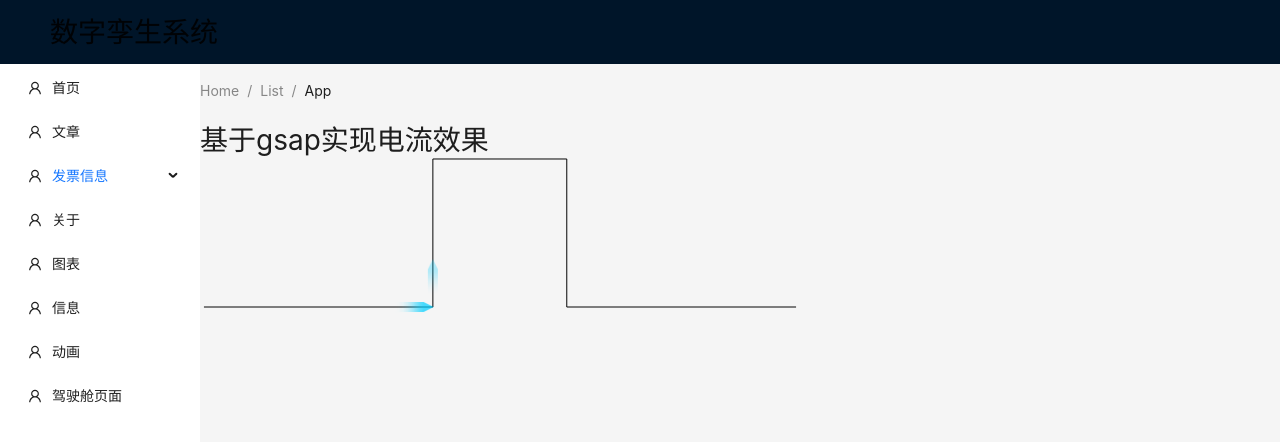
Repository: HailiePan/webpack-react-practice
Page: /animation
These files come from the project's save history. The page is drawn as it stood at one moment and after the next save; the edit follows.
The browser window is 1280 px wide. The pictures show the whole page.
The project was rebuilt for these pictures with package versions that can differ from the ones it lists, and the page was loaded fresh each time. Also part of the build but not shown: src/pages/Animation/component/ScrollAnimation/index.jsx, src/pages/Home.jsx, src/pages/Invoices/index.jsx, src/pages/Invoices/Invoice.jsx, src/pages/Invoices/Pending.jsx, src/pages/Invoices/Complete.jsx, src/components/CommonBox/index.less, src/components/CommonBox/index.jsx and 27 more.

Above is the page before, as saved 2024-01-24 17:20:08.

### index.html
<!--
 * Author  hailie.pan
 * Date  2023-10-08 16:03:03
 * LastEditors  hailie.pan
 * LastEditTime  2023-10-08 16:03:04
 * Description  file content
-->
<!--
 * Author  hailie.pan
 * Date  2023-10-07 17:34:05
 * LastEditors  hailie.pan
 * LastEditTime  2023-10-07 17:34:06
 * Description  file content
-->
<!DOCTYPE html>
<html lang="en">
  <head>
    <meta charset="UTF-8" />
    <meta http-equiv="X-UA-Compatible" content="IE=edge" />
    <meta name="viewport" content="width=device-width, initial-scale=1.0" />
    <title>Document</title>
  </head>
  <body>
    <div id="app"></div>
  </body>
</html>

### src/index.jsx
/*
 * Author  hailie.pan
 * Date  2023-10-07 17:16:58
 * LastEditors  hailie.pan
 * LastEditTime  2023-10-24 17:39:40
 * Description  file content
 */
import React, { StrictMode } from "react";
import * as ReactDOM from "react-dom/client";
import { BrowserRouter, useRoutes } from "react-router-dom";
import { routes } from "@/router";
const App = () => {
  return useRoutes(routes);
};
const root = ReactDOM.createRoot(document.getElementById("app"));
// v18 的新方法
root.render(
  <StrictMode>
    <BrowserRouter>
      <App />
    </BrowserRouter>
  </StrictMode>
);

// BrowserRouter下直接渲染useRoutes,routes里配置好路径对应的组件
// 然后就会显示路径对应的组件
// useRoutes(routes)必须在函数里写着

### src/router/index.js
/*
 * @Author: Hailie.Pan
 * @Date: 2023-11-28 10:30:45
 * @LastEditors: Hailie.Pan
 * @LastEditTime: 2024-01-11 10:41:08
 * @Description:
 */
/*
 * Author  hailie.pan
 * Date  2023-10-13 17:13:27
 * LastEditors  hailie.pan
 * LastEditTime  2023-11-28 10:30:45
 * Description  file content
 */
import React from "react";
import { useRoutes } from "react-router-dom";

import BaseLayout from "@/BaseLayout";

import Home from "@/pages/Home";
import Invoices from "@/pages/Invoices";
import Invoice from "@/pages/Invoices/Invoice";
import Pending from "@/pages/Invoices/Pending";
import Complete from "@/pages/Invoices/Complete";
import About from "@/pages/About";
import Article from "@/pages/Article";
import ControlRoomFirstPage from "@/pages/ControlRoomFirstPage";
import Chart from "@/pages/Chart";
import Info from "@/pages/Info";
import Animation from '@/pages/Animation'

const routes = [
  {
    path: "/",
    element: <BaseLayout />,
    name: "一级场景",
    children: [
      { path: "/home", element: <Home />, name: "首页" },
      { path: "/article", element: <Article />, name: "文章" },
      {
        // path: "/invoices",
        // element: <Invoices />,
        name: "发票信息",
        children: [
          {
            path: "/invoices/invoicesDetail/:id",
            element: <Invoice />,
            name: "发票1详情",
          },
          {
            path: "/invoices/pending",
            element: <Pending />,
            name: "发票2详情",
          },
          {
            path: "/invoices/complete",
            element: <Complete />,
            name: "发票3详情",
          },
        ],
      },

      {
        path: "/about",
        element: <About />,
        name: "关于",
      },
      {
        path: "/chart",
        element: <Chart />,
        name: "图表",
      },
      {
        path: "/info",
        element: <Info />,
        name: "信息",
      },
      {
        path: "/animation",
        element: <Animation />,
        name: "动画",
      },
    ],
  },
  {
    path: "/controlRoomFirstPage",
    element: <ControlRoomFirstPage />,
    name: "驾驶舱页面",
  },
];

export { routes };

### src/BaseLayout/index.jsx
/*
 * Author  hailie.pan
 * Date  2023-10-13 17:28:32
 * LastEditors  hailie.pan
 * LastEditTime  2023-12-04 10:37:50
 * Description  file content
 */

import React, {useEffect, useCallback, useState, useMemo } from 'react';
import { LaptopOutlined, NotificationOutlined, UserOutlined } from '@ant-design/icons';
import { Breadcrumb, Layout, Menu, theme } from 'antd';
import { Link, NavLink, useRoutes, Navigate, Outlet } from 'react-router-dom';
import { gsap } from "gsap";
import { ScrollTrigger } from 'gsap/ScrollTrigger.js'
import { routes } from '@/router';
import StateContext from './data.js';
import styles from './index.less';
import ScrollAnimation from '@/pages/Animation/component/ScrollAnimation'
const { Header, Content, Sider } = Layout;

export default function BaseLayout() {
  // console.log("routes", routes);
  const [selectedMenuKeys, setSelectedMenuKeys] = useState([]);

  // useMemo缓存菜单的计算方法，避免每次刷新时都计算一遍
  // 这个菜单的算法还是不太优美，不好维护
  let showMenu = useMemo(
    () =>
      routes
        .map((item, index) => {
          if (item.children) {
            const arr2 = item.children.map((c, cIndex) => {
              return {
                key: cIndex,
                icon: React.createElement(UserOutlined),
                name: c.name,
                label: (
                  <NavLink to={c.path} state={'From App'}>
                    {c.name}
                  </NavLink>
                ),
                children: c?.children?.map((t, tIndex) => ({
                  key: `${cIndex}-${tIndex}`,
                  icon: React.createElement(UserOutlined),
                  name: t.name,
                  label: <NavLink to={t.path}>{t.name}</NavLink>
                }))
              };
            });
            return arr2;
          } else {
            return {
              key: 'dandu' + index,
              icon: React.createElement(UserOutlined),
              name: item.name,
              label: (
                <NavLink to={item.path} state={'From App'}>
                  {item.name}
                </NavLink>
              )
            };
          }
        })
        .flat(), // arr2是个数组，放到showMenu数组里需要拉平
    []
  );
  showMenu.flat();
  // console.log("showMenu", showMenu);

  const menuArr = [
    {
      key: 0,
      icon: React.createElement(UserOutlined),
      label: (
        <NavLink to="/home" state={'From App'}>
          首页
        </NavLink>
      )
    },

    {
      key: 1,
      icon: React.createElement(LaptopOutlined),
      label: <NavLink to="invoices">发票信息</NavLink>,
      children: [
        {
          key: '1-0',
          label: <NavLink to="/invoices/invoicesDetail/1?a=a&b=b">发票1详情页</NavLink>
        },
        {
          key: '1-1',
          label: <NavLink to="/invoices/pending?fromPage=菜单点击">发票2详情页</NavLink>
        },
        {
          key: '1-2',
          label: (
            <NavLink to="/invoices/complete" state={'左侧菜单点击'}>
              发票3详情页
            </NavLink>
          )
        }
      ]
    },
    {
      key: 2,
      icon: React.createElement(NotificationOutlined),
      label: <NavLink to="about">关于</NavLink>
    },
    {
      key: 3,
      icon: React.createElement(NotificationOutlined),
      label: <NavLink to="controlRoomFirstPage">驾驶舱页面</NavLink>
    },
    {
      key: 4,
      icon: React.createElement(LaptopOutlined),
      label: <NavLink to="article">文章</NavLink>
    }
  ];

  const onSelectMenu = ({ item, key, keyPath, selectedKeys, domEvent }) => {
    setSelectedMenuKeys([key]);
  };

  const [state, setState] = useState('playing');

  // useEffect(()=>{
  //   gsap.registerPlugin(ScrollTrigger)
  //     // 绿色方块
  //     gsap.to("#ewrwer", {
  //       rotation: 900,
  //       x:400,
  //       duration: 1,
  //       scrollTrigger: {
  //         trigger: '#ewrwer', // 动画的元素
  //         scroller: document.getElementById('21321'), // 滚动的元素
  //         scrub: 2,
  //         markers: true,
  //       },

  //     });
  // },[])

  return (
    <Layout className={styles.layoutWrap}>
{/*
      <div className={styles.box} id='21321'>
        <div className={styles.green} id='ewrwer'></div>
        <div style={{height:'1000px'}} />
      </div> */}

      {/* <ScrollAnimation /> */}


      <Header className={styles.header}>
        <div className={styles.logo} />

        <h1>数字孪生系统</h1>
      </Header>

      <Layout>
        <Sider className={styles.sider}>
          <Menu
            mode="inline"
            // defaultSelectedKeys={["0"]}
            // defaultOpenKeys={["sub1"]}
            style={{
              height: '100%',
              borderRight: 0
            }}
            items={showMenu}
            selectedKeys={selectedMenuKeys}
            onSelect={onSelectMenu}
          />
        </Sider>

        <Layout className={styles.rightLayout}>
          <Breadcrumb
            style={{
              margin: '16px 0'
            }}
          >
            <Breadcrumb.Item>Home</Breadcrumb.Item>
            <Breadcrumb.Item>List</Breadcrumb.Item>
            <Breadcrumb.Item>App</Breadcrumb.Item>
          </Breadcrumb>

          <StateContext.Provider value={{ state, setState }}>
            <Content className={styles.content} id='content'>
              <Outlet />
            </Content>
          </StateContext.Provider>
        </Layout>
      </Layout>
    </Layout>
  );
}

### src/pages/Animation/index.jsx
/*
 * @Author: Hailie.Pan
 * @Date: 2024-01-11 10:41:16
 * @LastEditors: Hailie.Pan
 * @LastEditTime: 2024-01-24 15:25:22
 * @Description:
 */
import React, { useRef, useEffect, useState } from 'react';
import { gsap } from 'gsap';
import { ScrollTrigger } from 'gsap/ScrollTrigger.js';
import MoveBox from './component/MoveBox';
import MoveOnPath from './component/MoveOnPath';
import CanvasDraw from './component/CanvasDraw';
import TimeLine from './component/TimeLine';
import ScrollAnimation from './component/ScrollAnimation';
import ScrollAnimation2 from './component/ScrollAnimation2';
import ImitateElectricity from './component/ImitateElectricity';
import DraggableCom from './component/DraggableCom';
import styles from './index.module.less';

export default function Animation() {
  let obj = { myNum: 10, myColor: 'red' };

  useEffect(() => {
    // stagger 依次执行动画
    // gsap.to([boxRef.current, boxRef2.current, boxRef3.current], {
    //   rotation: 360,
    //   stagger:1,
    //   duration:2
    // });

    gsap.to(obj, {
      myNum: 200,
      myColor: 'blue',
      onUpdate: () => {
        console.log('onUpdate', obj.myColor);
      },
      onComplete: () => console.log('onComplete', obj.myNum, obj.myColor)
    });
  }, []);

  return (
    <div className={styles.wrap}>
      {/* <MoveBox /> */}

      {/* 在canvas中驱动元素绘制 */}
      {/* <CanvasDraw /> */}

      {/* 时间线动画 stagger依次错开 */}
      {/* <TimeLine /> */}

      {/* 元素沿SVG路径移动 */}
      {/* <MoveOnPath /> */}

      {/* 把canvas的效果和gsap的效果放在一起对比 */}
      {/* 模拟电流效果 */}
      <ImitateElectricity />

      {/* 滚动动画 */}
      {/* <ScrollAnimation /> */}

      {/* 滚动动画 */}
      {/* <ScrollAnimation2 /> */}

      {/* 可拖拽 */}
      {/* <DraggableCom /> */}
    </div>
  );
}

### src/BaseLayout/data.js
/*
 * Author  hailie.pan
 * Date  2023-11-28 10:20:25
 * LastEditors  hailie.pan
 * LastEditTime  2023-11-28 10:26:27
 * Description  file content
 */
import { createContext } from "react";

const StateContext = createContext({});

export default StateContext;

### src/BaseLayout/index.less
body {
  margin: 0;
  // height: 200vh;
}


.layoutWrap {
  height: 100vh;
  overflow-y: auto;
}

.box{
  height: 200px;
  overflow-y: auto;
  // border: 1px solid rgb(239, 200, 151);
}
.green{
  width: 50px;
  height: 50px;
  background-color: green;
  border-radius: 4px;
  margin: 0 auto;
  position: fixed;
  top: 50%;
  left: 50%;
}
.header {
  display: flex;
  align-items: center;

  .logo {
    width: 100px;
    height: 40px;
    background: rgba(255, 255, 255, 0.5);
    margin-right: 20px;
  }
  h1 {
    color: #fff;
    padding: 0;
    margin: 0;
  }
}
@colorBgContainer: #fff;
.sider {
  width: 200;
  background: @colorBgContainer;
}
.rightLayout {
  padding: 0 24px 24px;
}

.content {
  padding: 24px;
  margin: 0;
  min-height: 280px;
  background: @colorBgContainer;
  // border: 1px solid green; // 高度没有被页面的高度撑开
  // height: auto;
  overflow-y: scroll;
}

### src/pages/home.less
@color: rgb(248, 157, 39);

@font-face {
  font-family: "DIN";
  src: url("@/assets/fonts/庞门正道标题体2.0增强版.ttf");
  font-style: normal;
  font-weight: normal;
}
.wrapper {
  font-weight: 700;
  color: #333;

  ul {
    color: @color;
    // list-style-type: none;
  }
  .fontStyle {
    font-family: "DIN";
  }

  .box {
    height: 500px;
    margin-top: 20px;
    display: flex;
    .item {
      flex-shrink: 1; //属性定义了项目的缩小比例，默认为1，即如果空间不足，该项目将缩小
      flex-grow: 1; // 定义项目的放大比例，默认为0，即如果存在剩余空间，也不放大
      width: 300px;
      background-color: #fce09e;
      border: 1px solid rgb(255, 162, 0);
    }
  }
  .showImg {
    display: flex;
    img {
      width: 100px;
      height: 100px;
      margin-top: 10px;
      display: block;
    }
  }
}

### src/pages/Animation/component/ImitateElectricity/index.jsx
/*
 * @Author: Hailie.Pan
 * @Date: 2024-01-16 22:18:53
 * @LastEditors: Hailie.Pan
 * @LastEditTime: 2024-01-24 17:19:12
 * @Description:
 */
import React, { useEffect, useRef } from 'react';
import { gsap } from 'gsap';
import { MotionPathPlugin, MotionPathHelper } from 'gsap/all';
import { Button } from 'antd';
import styles from './index.module.less';

export default function ImitateElectricity() {
  const jiantou = useRef();
  const jiantou2 = useRef();
  const jiantou3 = useRef();
  const jiantou4 = useRef();
  const jiantou5 = useRef();

  // 注册插件
  gsap.registerPlugin(MotionPathPlugin);

  useEffect(() => {
    const tl = gsap.timeline({ repeat: -1 });
    gsap.set(
      [jiantou.current, jiantou2.current, jiantou3.current, jiantou4.current, jiantou5.current],
      { scale: 0.5, opacity: 0 }
    );

    tl.to([jiantou.current], {
      duration: 0.1,
      opacity: 1
    });

    tl.to([jiantou.current], {
      duration: 2,
      ease: 'none',
      immediateRender: true,
      motionPath: {
        path: '#xianlu', // 路径
        align: '#xianlu', // 对齐到路径
        alignOrigin: [0.5, 0.5], // 对齐原点
        autoRotate: 90, // 沿路径方向旋转角度
        end: 0.24
      }
    });
    tl.to([jiantou.current], {
      duration: 0.5,
      opacity: 0
    });

    tl.to(
      [jiantou2.current],
      {
        duration: 0.5,
        opacity: 1
      },
      '<'
    );

    tl.to(
      [jiantou2.current],
      {
        duration: 1,
        ease: 'none',
        immediateRender: true,
        // stagger: 2, // 间隔时间
        motionPath: {
          path: '#xianlu', // 路径
          align: '#xianlu', // 对齐到路径
          alignOrigin: [0.5, 0.5], // 对齐原点
          autoRotate: 90, // 沿路径方向旋转角度
          start: 0.28,
          end: 0.41
        }
      },
      '<'
    );
    tl.to([jiantou2.current], {
      duration: 0.2,
      opacity: 0
    });

    return;
    tl.to(
      [jiantou3.current],
      {
        duration: 0.2,
        opacity: 1
      },
      '<0.2'
    );

    tl.to([jiantou3.current], {
      duration: 1,
      ease: 'none',
      immediateRender: true,
      // stagger: 2, // 间隔时间
      motionPath: {
        path: '#xianlu', // 路径
        align: '#xianlu', // 对齐到路径
        alignOrigin: [0.5, 0.5], // 对齐原点
        autoRotate: 90, // 沿路径方向旋转角度
        start: 0.44,
        end: 0.57
      }
    });

    tl.to([jiantou3.current], {
      duration: 0.2,
      opacity: 0
    });

    tl.to(
      [jiantou4.current],
      {
        duration: 0.2,
        opacity: 1
      },
      '<0.2'
    );

    tl.to([jiantou4.current], {
      duration: 1,
      ease: 'none',
      immediateRender: true,
      // stagger: 2, // 间隔时间
      motionPath: {
        path: '#xianlu', // 路径
        align: '#xianlu', // 对齐到路径
        alignOrigin: [0.5, 0.5], // 对齐原点
        autoRotate: 90, // 沿路径方向旋转角度
        start: 0.58,
        end: 0.73
      }
    });
    tl.to([jiantou4.current], {
      duration: 0.2,
      opacity: 0
    });

    tl.to(
      [jiantou5.current],
      {
        duration: 0.2,
        opacity: 1
      },
      '<0.2'
    );

    tl.to([jiantou5.current], {
      duration: 1,
      ease: 'none',
      immediateRender: true,
      // stagger: 2, // 间隔时间
      motionPath: {
        path: '#xianlu', // 路径
        align: '#xianlu', // 对齐到路径
        alignOrigin: [0.5, 0.5], // 对齐原点
        autoRotate: 90, // 沿路径方向旋转角度
        start: 0.75
        // end: 0.73
      }
    });

    // gsap.registerPlugin(MotionPathPlugin, MotionPathHelper)
  }, []);

  return (
    <div>
      <h1>基于gsap实现电流效果</h1>
      {/* svg路径必须是path */}
      <svg class={styles.motionPath} viewBox="0 0 600 152">
        <path fill="none" stroke="#000" d="m0,151h231.97V1h135.69v150h232.35" />
        <path
          id="xianlu"
          fill="none"
          stroke="none"
          d="m0,151h225.12c3.78,0,6.85-3.06,6.85-6.85V8.04c0-3.89,3.15-7.04,7.04-7.04h121.97c3.69,0,6.68,2.99,6.68,6.68v136.63c0,3.69,3,6.69,6.69,6.69h225.66"
        />
      </svg>

      <div className={styles.jiantou} ref={jiantou}></div>
      <div className={styles.jiantou} ref={jiantou2}></div>
      <div className={styles.jiantou} ref={jiantou3}></div>
      <div className={styles.jiantou} ref={jiantou4}></div>
      <div className={styles.jiantou} ref={jiantou5}></div>
    </div>
  );
}

### src/pages/Animation/component/ScrollAnimation/index.module.less

.wrap{
  border:1px solid red;
  height: 600px;
  background-color: #111;
  color: white;
  // overflow-x: hidden;
  overflow-y: scroll;
}
h1, h2 {
  margin: 0;
  font-weight: 400;
  max-width: none;
}
.headerSection{
  height: 400px;
  line-height: 400px;
  border: 1px solid rgb(255, 140, 0);
}

.comparisonSection {
  position: relative;
  padding-bottom: 56.25%; /* to maintain aspect ratio (responsive!) */
  border: 1px solid yellow;

  .comparisonImage {
    width: 100%;
    height: 100%;

    img {
      width: 100%;
      height: 100%;
      position: absolute;
      top: 0;
    }
  }

  .afterImage {
    position: absolute;
    overflow: hidden;
    top: 0;
    transform: translate(100%, 0px);
    img {
      transform: translate(-100%, 0px);
    }
  }
}

### src/pages/Animation/component/ImitateElectricity/index.module.less
.motionPath {
  overflow: visible;
  width: 600px;
  height: 150px;
}

.jiantou {
  width: 20px;
  height: 77px;
  background: url('./assets/jiantou2.png');
}

After the next save:
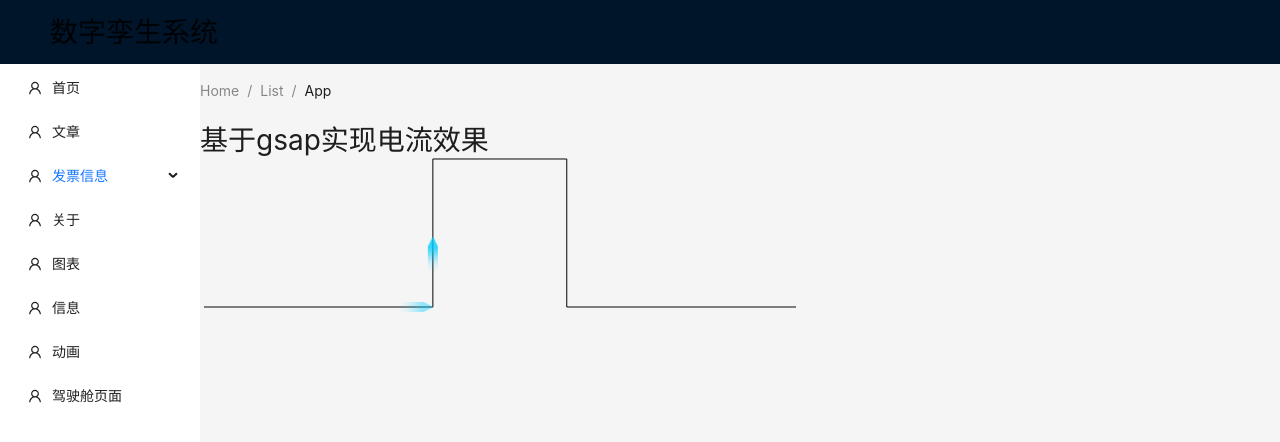
Saved 51 s later.
--- a/src/pages/Animation/component/ImitateElectricity/index.jsx
+++ b/src/pages/Animation/component/ImitateElectricity/index.jsx
@@ -2,7 +2,7 @@
  * @Author: Hailie.Pan
  * @Date: 2024-01-16 22:18:53
  * @LastEditors: Hailie.Pan
- * @LastEditTime: 2024-01-24 17:19:12
+ * @LastEditTime: 2024-01-24 17:20:59
  * @Description:
  */
 import React, { useEffect, useRef } from 'react';
@@ -56,7 +56,7 @@ export default function ImitateElectricity() {
         duration: 0.5,
         opacity: 1
       },
-      '<'
+      '<-0.1'
     );
 
     tl.to(
